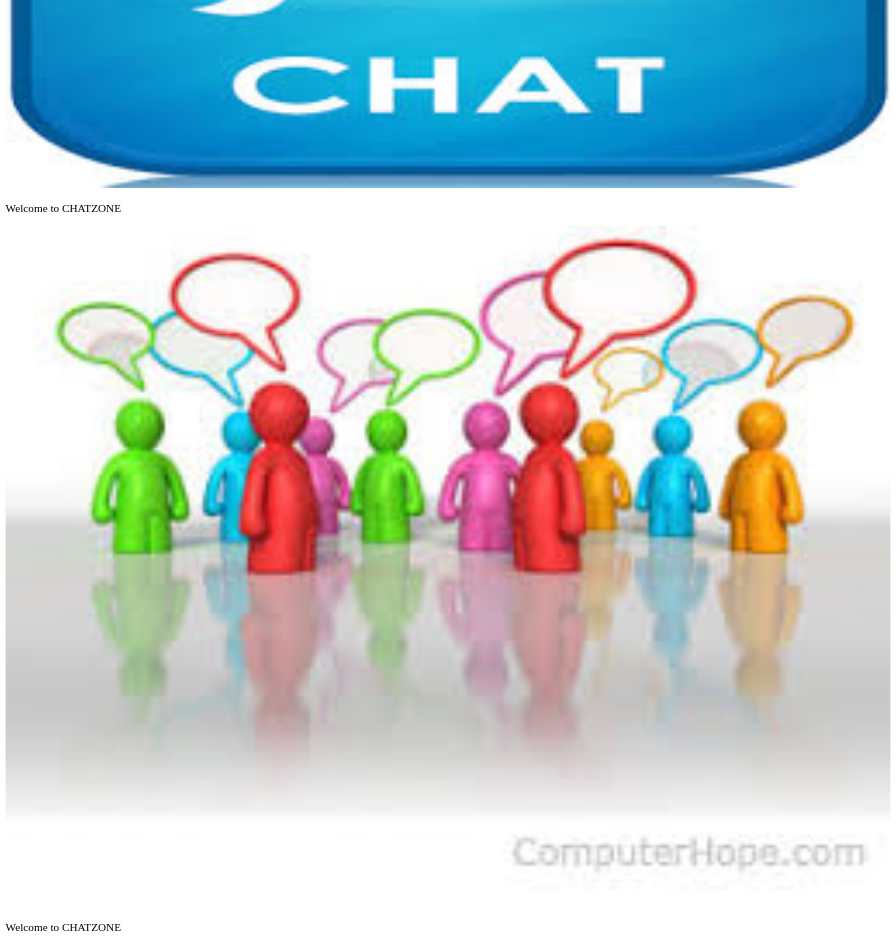
Repository: Abinayasivapraba/ChatProject
Page: FireChat/WebContent/Home/Home.html
The author's editor kept a copy of each file at every save. The page is drawn from the files as they stood at one save, then again after the next save.
The browser window is 1280 px wide. The pictures show the part of the page from y = 2979 to 4899 px (the page is 4328 px tall before and 4899 px after), at 70% of full size.

Above is the page before, as saved 2017-08-12 17:34:17.

After the next save:
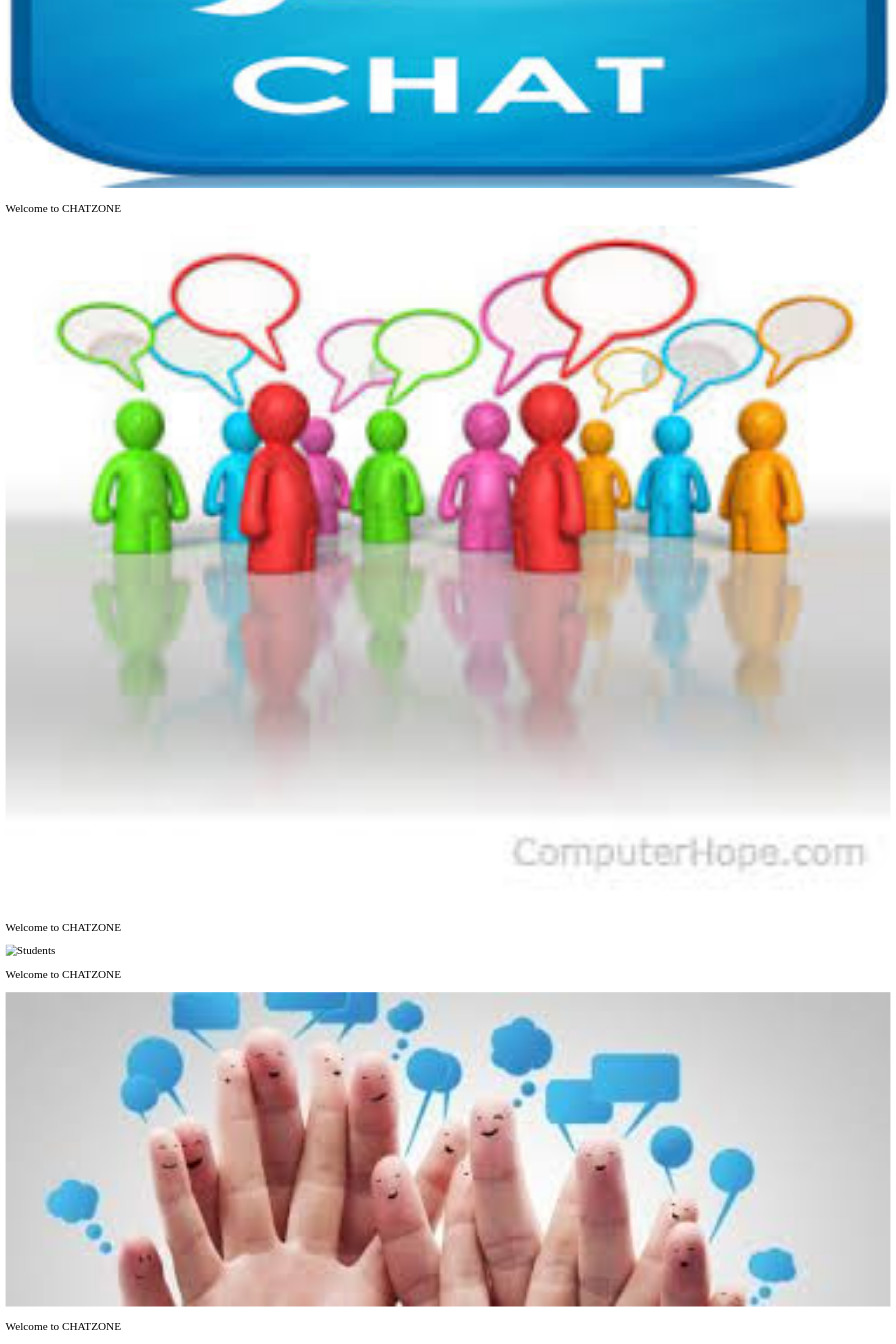
Not found: FireChat/WebContent/Home/resources/chat6.jpg
Saved 2 min 7 s later.
--- a/FireChat/WebContent/Home/Home.html
+++ b/FireChat/WebContent/Home/Home.html
@@ -38,6 +38,20 @@
 	    </div>
 		</div>
 
+		<div class="col-md-4 mix category-a">
+		    <div class="single-portfolio">
+				<img src="resources/chat6.jpg" alt="Students" style="width:100%;">
+                <p>Welcome to CHATZONE</p>
+	    </div>
+		</div>
+
+		<div class="col-md-4 mix category-a">
+		    <div class="single-portfolio">
+				<img src="resources/chat7.jpg" alt="Students" style="width:100%;">
+                <p>Welcome to CHATZONE</p>
+	    </div>
+		</div>
+
 
 
 			</div>

After the save that followed:
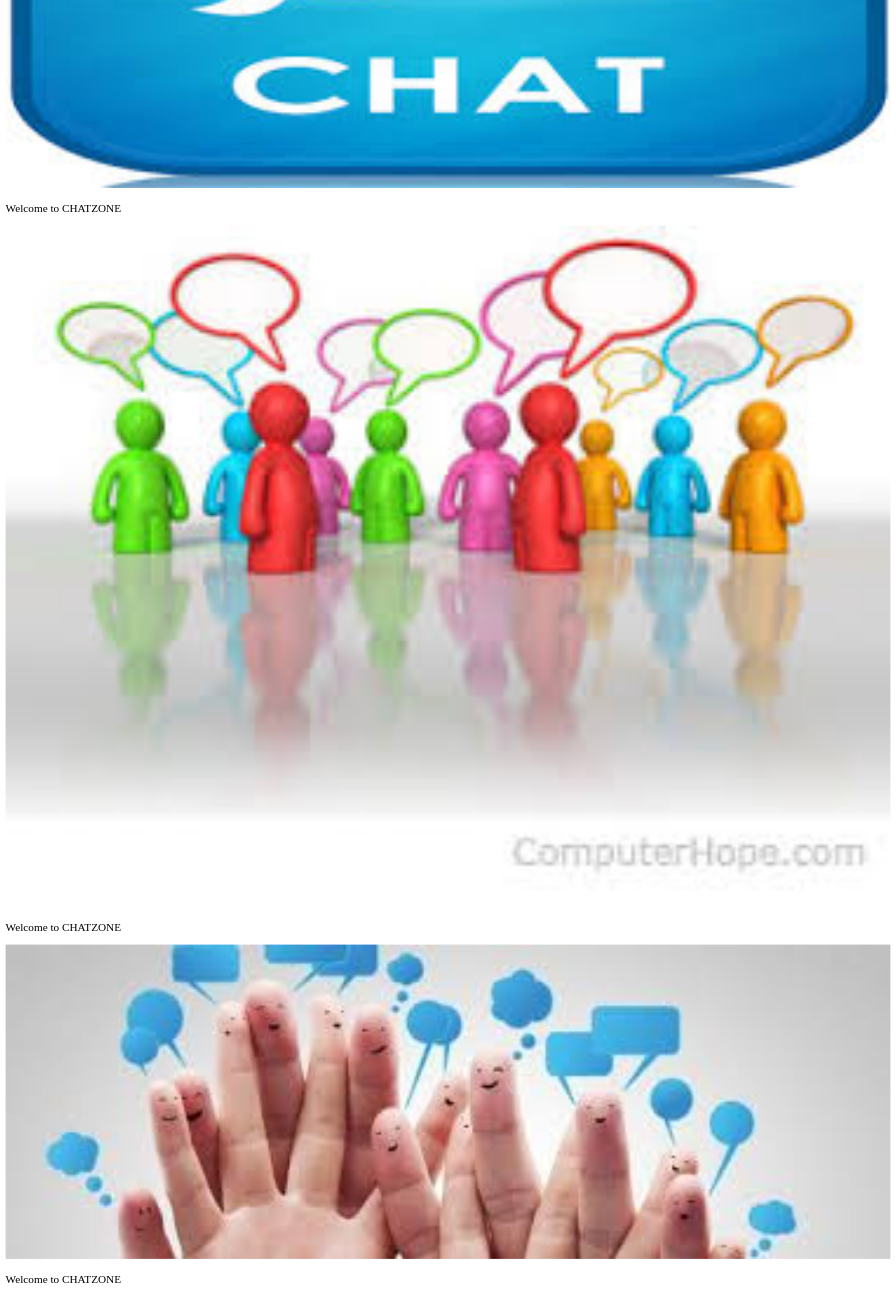
Saved 2 min 16 s later.
--- a/FireChat/WebContent/Home/Home.html
+++ b/FireChat/WebContent/Home/Home.html
@@ -38,12 +38,7 @@
 	    </div>
 		</div>
 
-		<div class="col-md-4 mix category-a">
-		    <div class="single-portfolio">
-				<img src="resources/chat6.jpg" alt="Students" style="width:100%;">
-                <p>Welcome to CHATZONE</p>
-	    </div>
-		</div>
+
 
 		<div class="col-md-4 mix category-a">
 		    <div class="single-portfolio">
